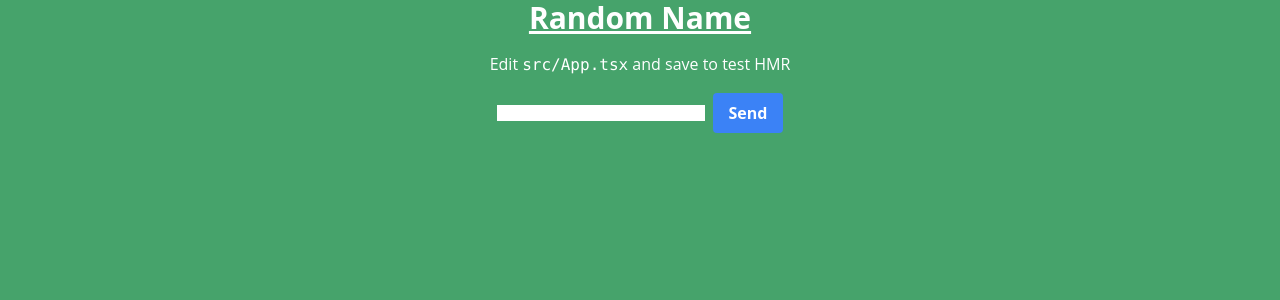
Repository: prodavetc/randomname
Page: /
An editor plug-in stored every save of this project. The page is shown before and after the next save, followed by the edit.
The browser window is 1280 px wide. The pictures show the whole page.
The project was rebuilt for these pictures with package versions that can differ from the ones it lists, and the page was loaded fresh each time. Also part of the build but not shown: vite.config.ts.

Above is the page before, as saved 2024-03-26 10:26:22.

After the next save:
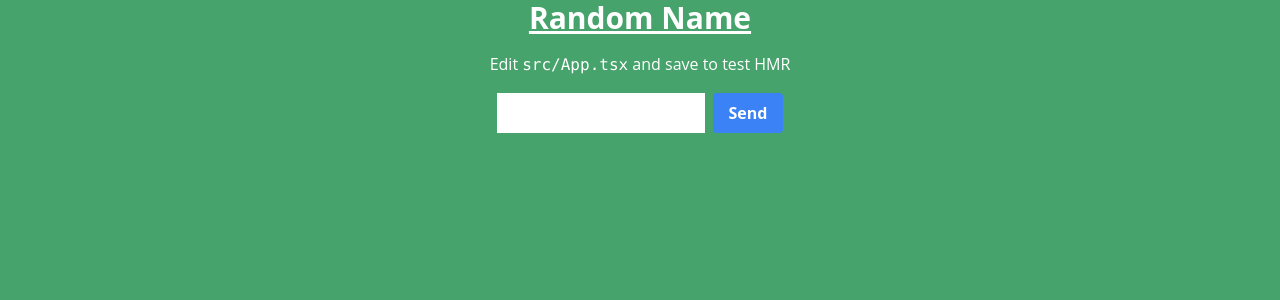
Saved 7 s later.
--- a/src/components/RandomName.tsx
+++ b/src/components/RandomName.tsx
@@ -35,7 +35,7 @@ const RandomName = () => {
       </div>
       <div className="text-center">
         <form onSubmit={onPressHandler}>
-          <input name='list' className="mr-2 h-4" />
+          <input name='list' className="mr-2 h-10" />
           <button className="bg-blue-500 hover:bg-blue-700 text-white font-bold py-2 px-4 rounded"
           >Send</button>
         </form>
